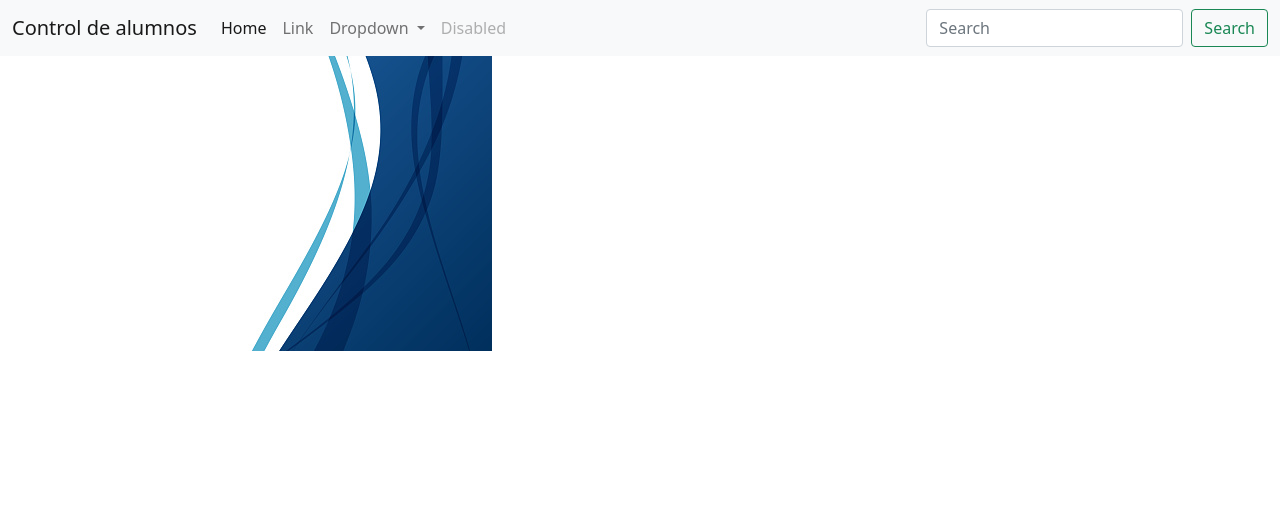
Repository: j0sh-404/control-clases-alumnos
Page: vista/principal/principal.html
The author's editor kept a copy of each file at every save. The page is drawn from the files as they stood at one save, then again after the next save.
The browser window is 1280 px wide. The pictures show the whole page.

Above is the page before, as saved 2022-07-09 20:07:26.

After the next save:
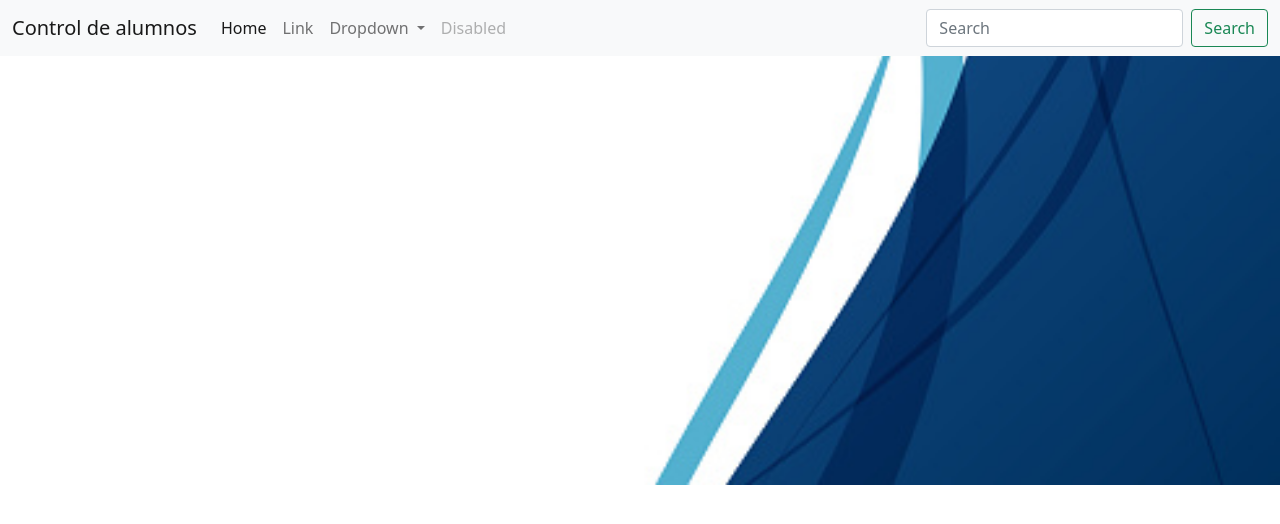
Saved 2 min 2 s later.
--- a/vista/principal/principal.css
+++ b/vista/principal/principal.css
@@ -1,14 +1,7 @@
 .fondo{
     background-image: url("../recursos/fondo.jpg");
-    background-repeat: no-repeat;
-        min-height: 90%;
-        min-width: 800px;
-
-        /* Escalamiento proporcional */
-        width: 100%;
-        height: auto;
-
-        /* Posicionamiento */
-        position: fixed;
-        top: 0;
+    height: 100%;
+     background-size:     cover;                      /* <------ */
+    background-repeat:   no-repeat;
+    background-position: center center;
 }
